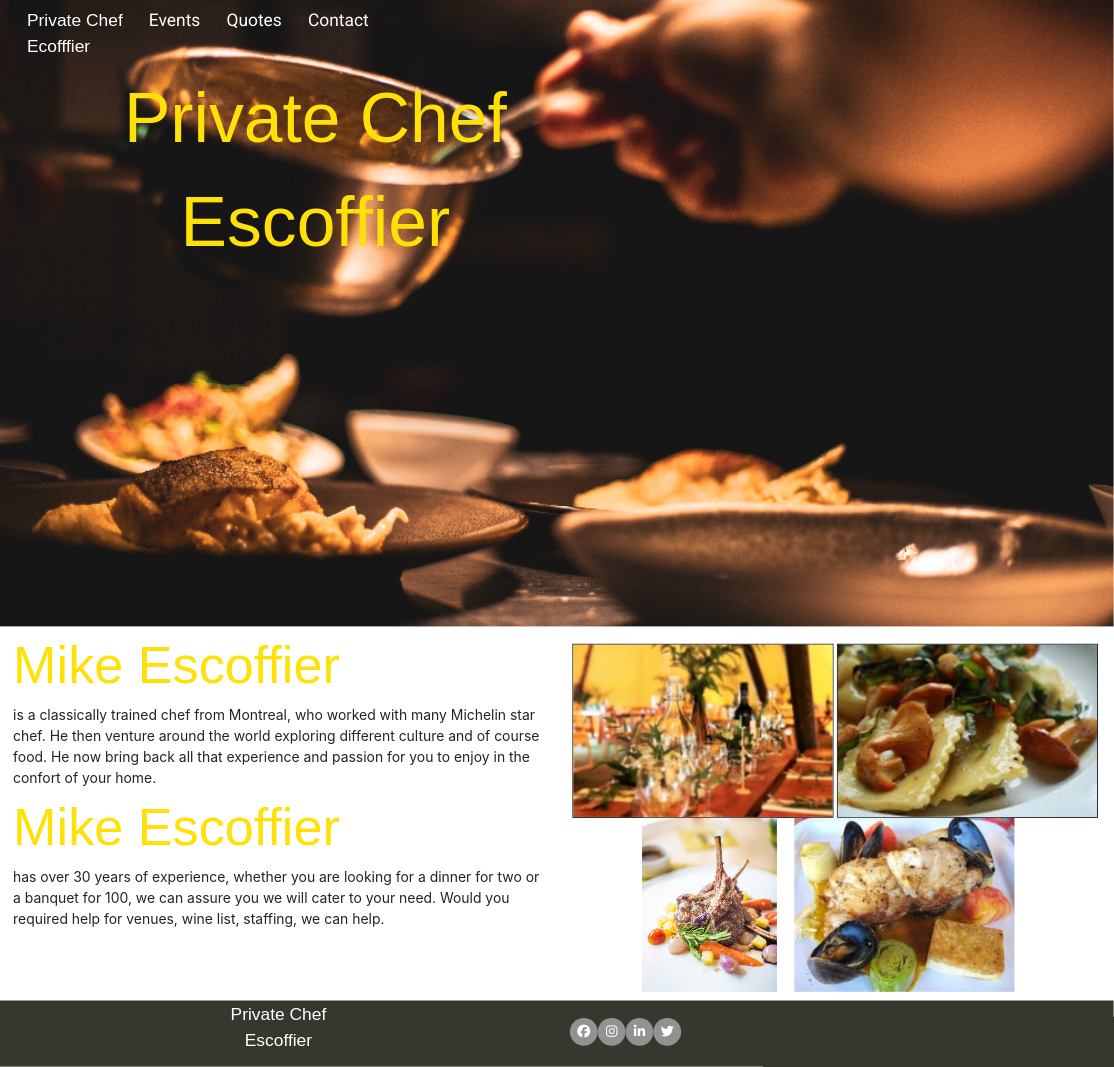
Repository: Mrsebastino/First-Milestone
Page: index.html
The author's editor kept a record of every edit. The page is drawn from the files as they stood at one moment, then again after the next edit.
The browser window is 1280 px wide. The pictures show the whole page, at 87% of full size.
Some web fonts or font styles are not loaded; a fallback is used. Some web libraries are served in a nearby version.

Above is the page before.

After the next edit:
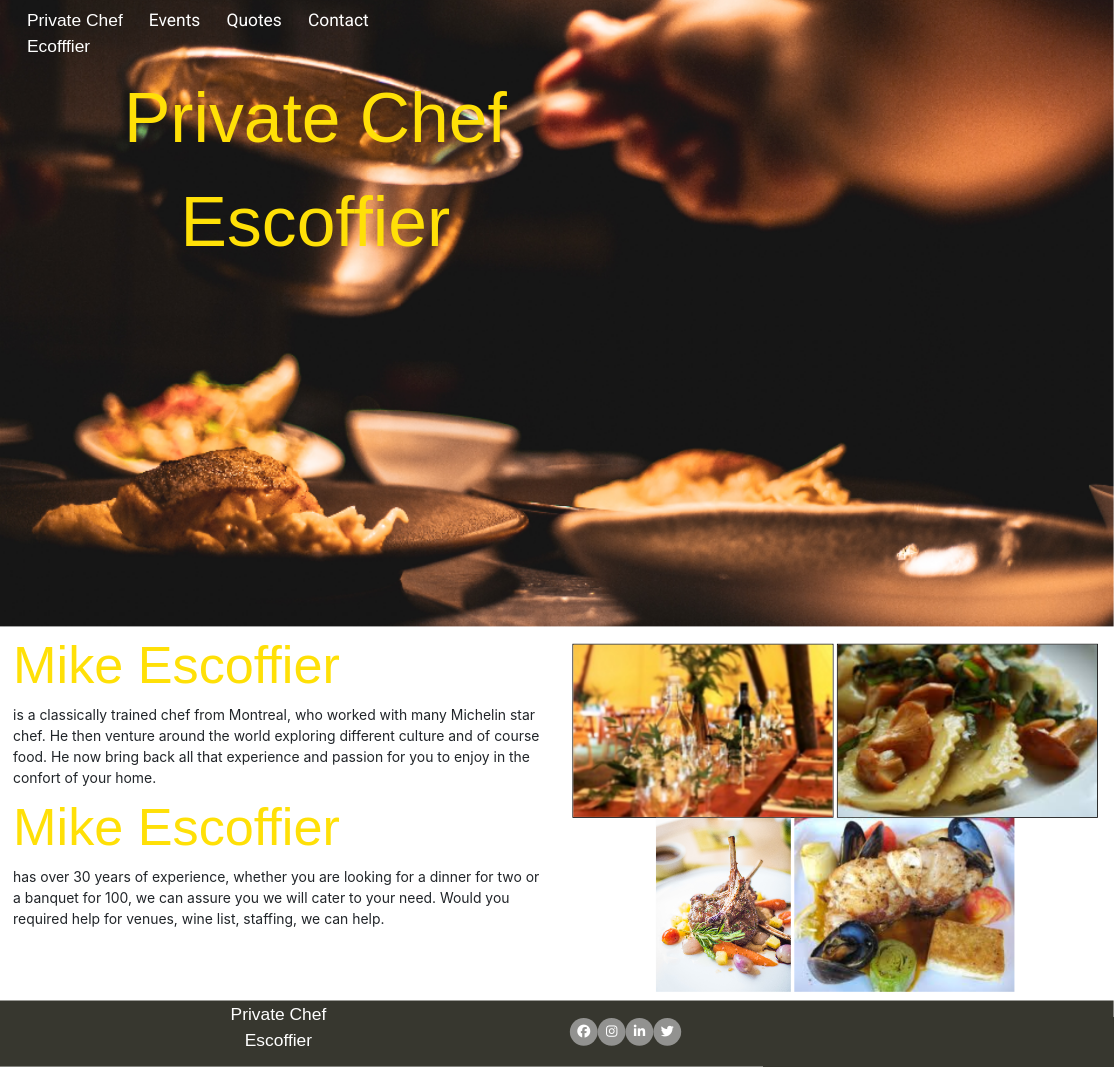
The edit:
--- a/index.html
+++ b/index.html
@@ -75,8 +75,8 @@
                         <div class="event-photo">
                         <img src="assets/images/bar-bottles-catering-1243337.jpg" class="square" height=200 wdith=200>
                         <img src="assets/images/chanterelle-ravioli.jpg" class="square" height=200 wdith=200>
-                        <img src="assets/images/beef-blur-chicken-323682.jpg" class="square-first mr-3" height=200 wdith=200>
-                        <img src="assets/images/monkfish.jpg" class="square-first mr-3" height=200 wdith=200>
+                        <img src="assets/images/beef-blur-chicken-323682.jpg" class="square-first" height=200 wdith=200>
+                        <img src="assets/images/monkfish.jpg" class="square-first" height=200 wdith=200>
                     </div>
                     </div>
             </div>
